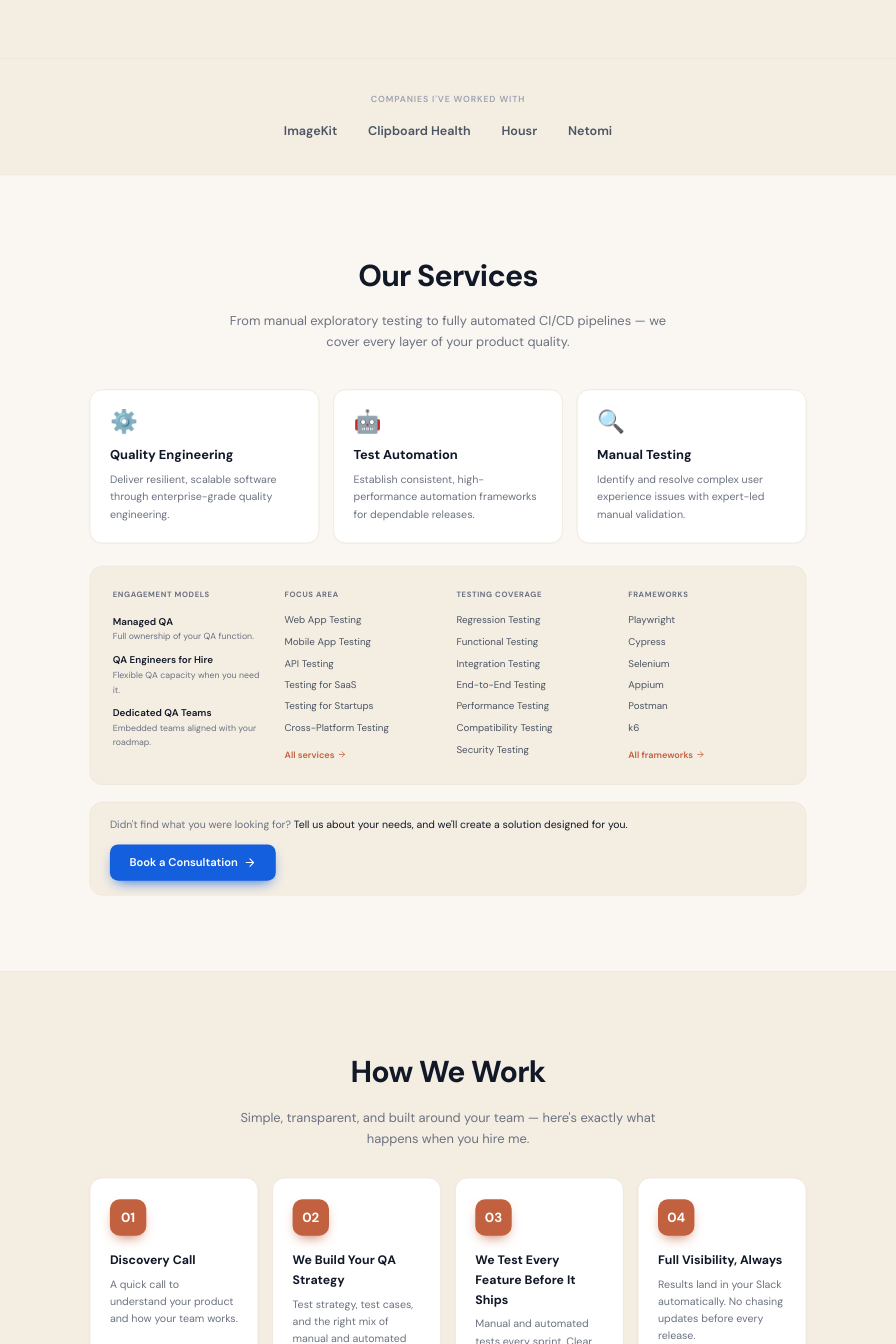
Repository: Monika281992/GoLiveQA
Page: /
An editor plug-in stored every save of this project. The page is shown before and after the next save, followed by the edit.
The browser window is 1280 px wide. The pictures show the part of the page from y = 1366 to 3286 px (the page is 5142 px tall before and 4003 px after), at 70% of full size.
The project was rebuilt for these pictures with package versions that can differ from the ones it lists, and the page was loaded fresh each time. The framework's server and built-in components were replaced by stand-ins that run in the browser. Also part of the build but not shown: next.config.mjs.

Above is the page before, as saved 2026-06-27 12:24:10.

After the next save:
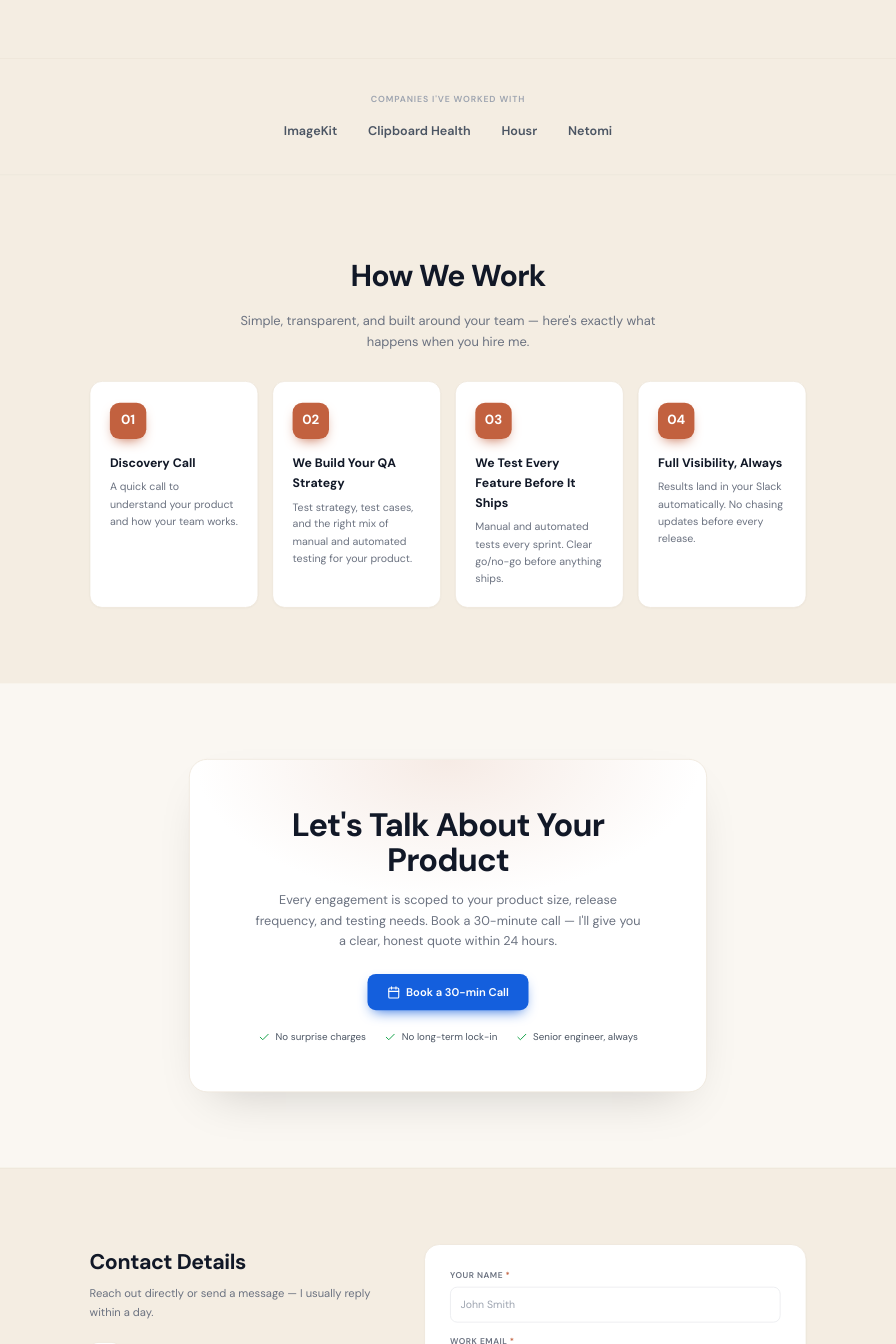
Saved 56 s later.
--- a/app/page.tsx
+++ b/app/page.tsx
@@ -16,7 +16,6 @@ export default function Home() {
         <Hero />
         <About />
         <Companies />
-        <Services />
         <Process />
         <Pricing />
         <Contact />
